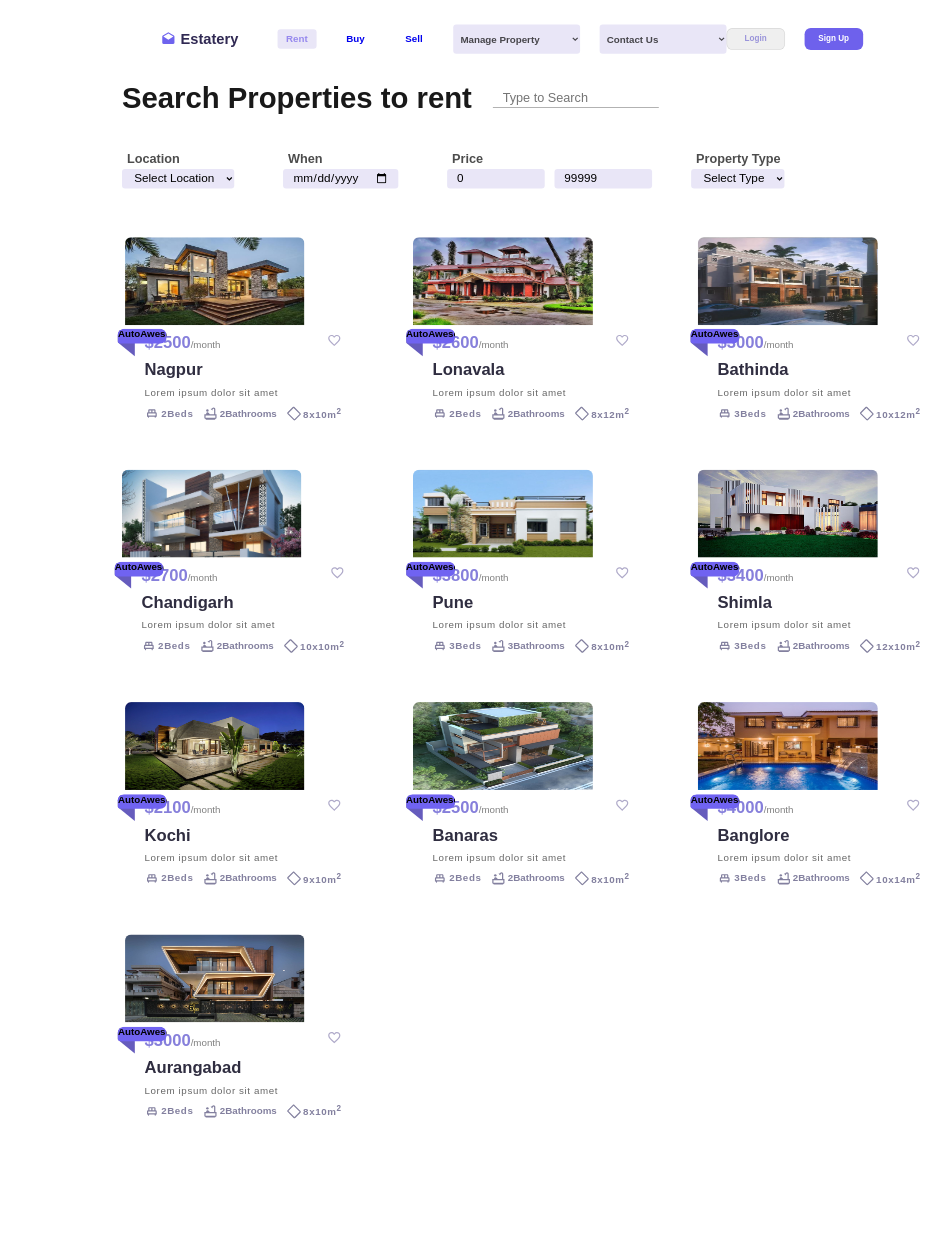
Repository: kapil4457/Reunion-Internship-Assignment
Page: /
These files come from the project's save history. The page is drawn as it stood at one moment and after the next save; the edit follows.
The browser window is 1280 px wide. The page is 1541 px wide, so the pictures cover 1541 px, including what lies to the right of the window. The pictures show the whole page, at 61% of full size.
The project was rebuilt for these pictures with package versions that can differ from the ones it lists, and the page was loaded fresh each time. Also part of the build but not shown: src/App.css.

Above is the page before, as saved 2022-10-07 20:26:26.

After the next save:
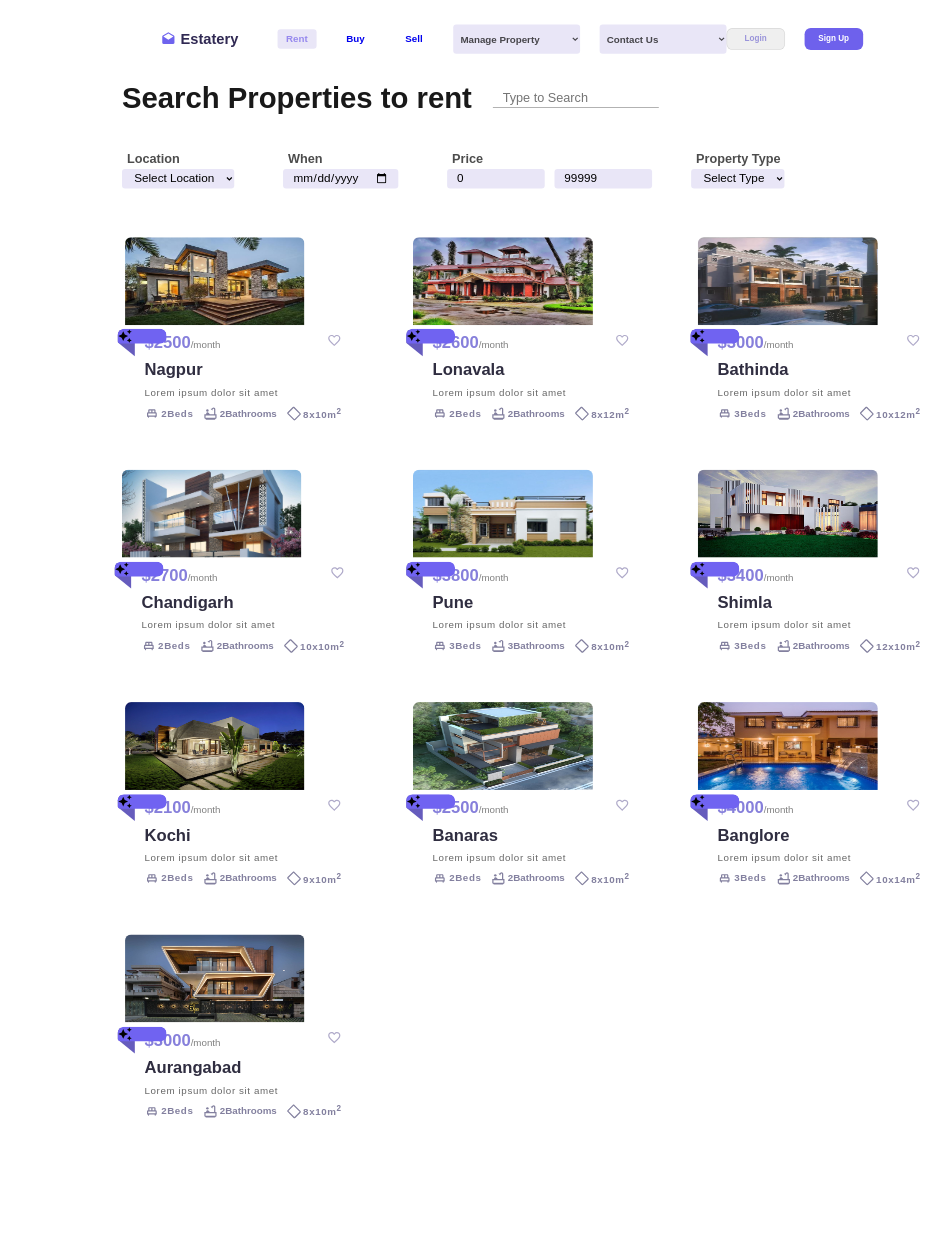
Saved 7 s later.
--- a/src/components/RentCard/RentCard.jsx
+++ b/src/components/RentCard/RentCard.jsx
@@ -17,7 +17,9 @@ const RentCard = ({ data }) => {
   return (
     <div className="rent-card-main">
       <div className="purple-tag">
-        <div className="straight">AutoAwesomeIcon</div>
+        <div className="straight">
+          <AutoAwesomeIcon />
+        </div>
         <div className="slant"></div>
       </div>
       <div className="main-image">
